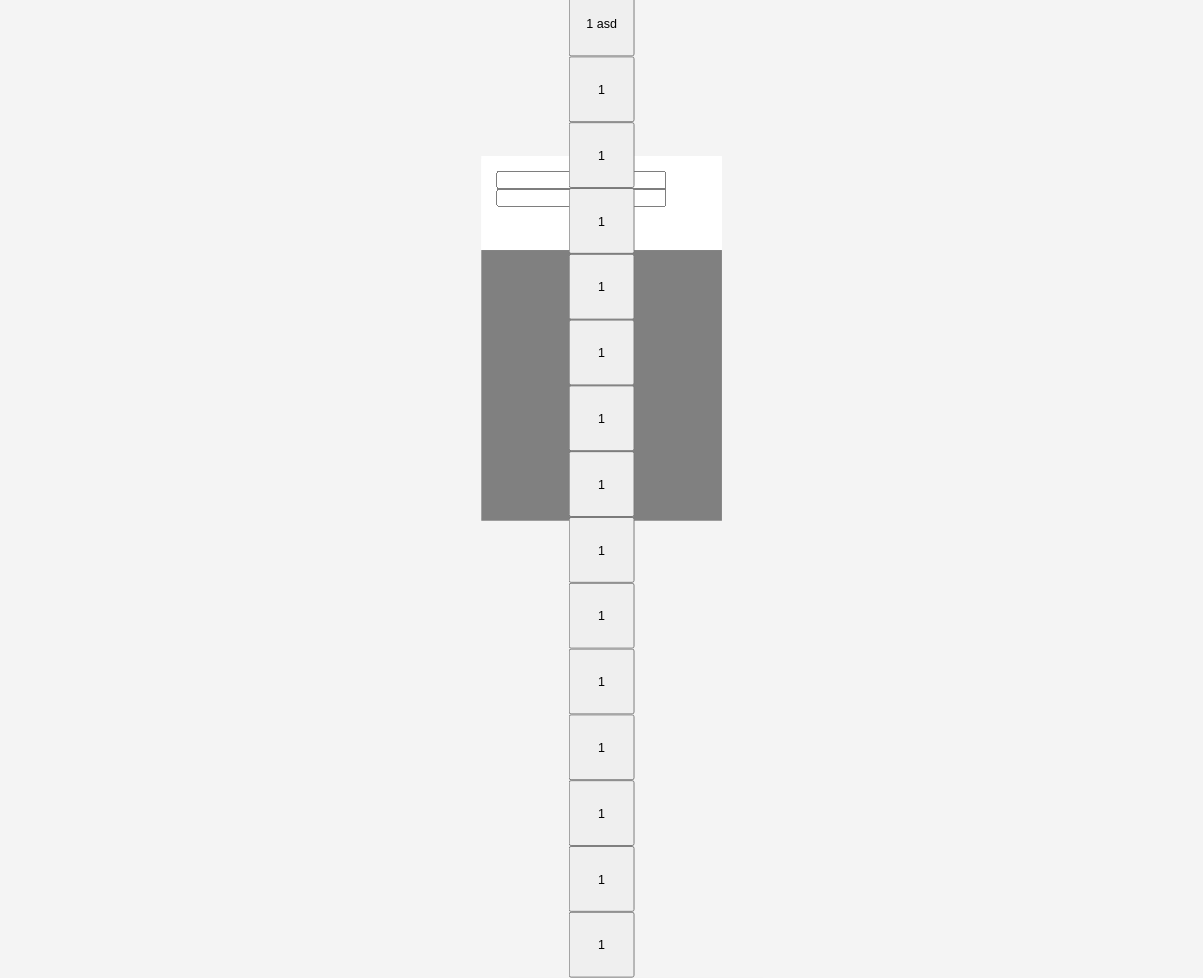
Repository: DNature/calc
Page: index.html
An editor plug-in stored every save of this project. The page is shown before and after the next save, followed by the edit.
The browser window is 1280 px wide. The pictures show the whole page, at 94% of full size.

Above is the page before, as saved 2019-11-20 23:49:35.

### index.html
<!DOCTYPE html>
<html lang="en">
  <head>
    <meta charset="UTF-8" />
    <meta name="viewport" content="width=device-width, initial-scale=1.0" />
    <meta http-equiv="X-UA-Compatible" content="ie=edge" />
    <link rel="stylesheet" href="css/style.css" />
    <title>Calculator</title>
  </head>
  <body>
    <div class="calculator">
      <div class="output">
        <input type="number" id="subField" />
        <input type="number" id="mainField" />
      </div>

      <div class="inputs">
        <button class="button">1</button>
        <button class="button">1</button>
        <button class="button">1</button>
        <button class="button">1 asd</button>
        <button class="button">1</button>
        <button class="button">1</button>
        <button class="button">1</button>
        <button class="button">1</button>
        <button class="button">1</button>
        <button class="button">1</button>
        <button class="button">1</button>
        <button class="button">1</button>
        <button class="button">1</button>
        <button class="button">1</button>
        <button class="button">1</button>
        <button class="button">1</button>
        <button class="button">1</button>
        <button class="button">1</button>
      </div>
    </div>
    <script src="./js/index.js"></script>
  </body>
</html>

### css/style.css
* {
  margin: 0;
  padding: 0;
  box-sizing: border-box;
}

body {
  font-family: Arial, Helvetica, sans-serif;
  background: #f4f4f4;
  height: 100vh;
  width: 100vw;
  display: grid;
  place-content: center;
}

.calculator {
  width: 20vw;
  background: white;
  display: grid;
  place-content: center;

  border-radius: 5px;
}

.output {
  height: 100px;
  padding: 1rem;
  background: white;
}

.inputs {
  background: grey;
  display: grid;
  place-content: center;
  height: 40vh;
}

.button {
  width: 70px;
  height: 70px;
}

Loaded but not shown: js/index.js (no stored copy; drawn as an empty file)

After the next save:
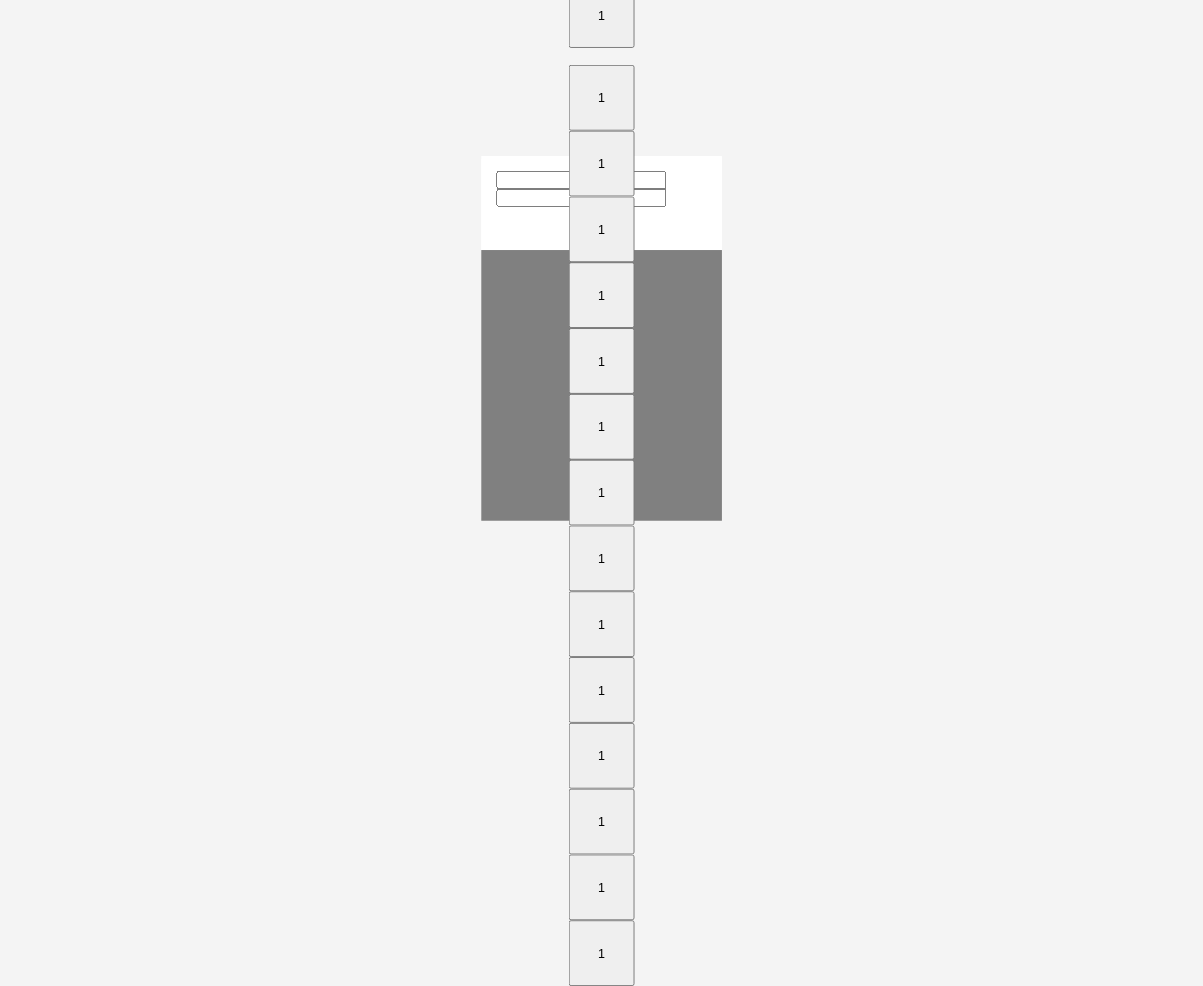
Saved 9 s later.
--- a/index.html
+++ b/index.html
@@ -18,7 +18,8 @@
         <button class="button">1</button>
         <button class="button">1</button>
         <button class="button">1</button>
-        <button class="button">1 asd</button>
+        <button class="button">1</button>
+        <br />
         <button class="button">1</button>
         <button class="button">1</button>
         <button class="button">1</button>
